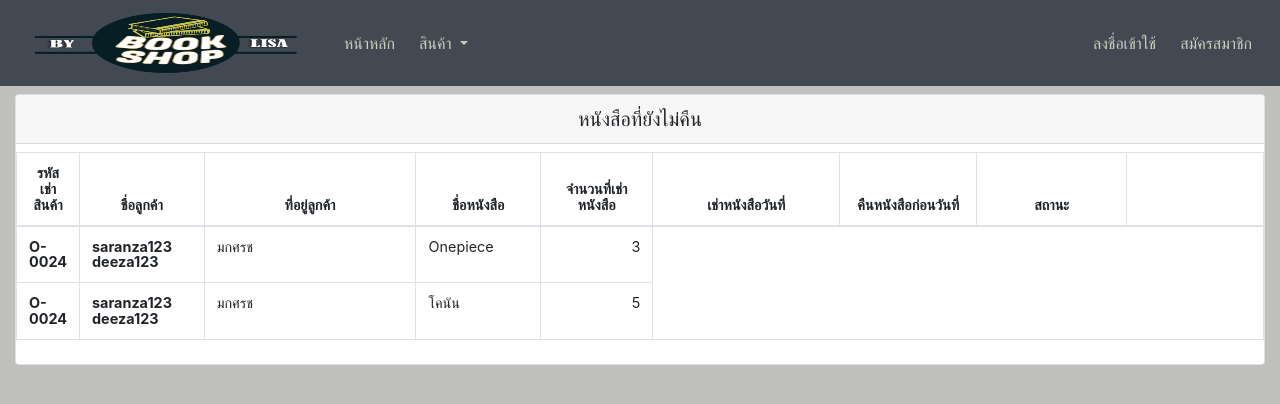
Repository: peawza/shopbook
Page: http://localhost/returnproduct.php?Order_id=24
An editor plug-in stored every save of this project. The page is shown before and after the next save, followed by the edit.
The browser window is 1280 px wide. The pictures show the whole page.
The page is run by PHP 8.4 with error messages shown; the project is at /var/www/html/. The database holds what the project's SQL file puts in it.

Above is the page before, as saved 2020-10-01 11:14:56.

After the next save:
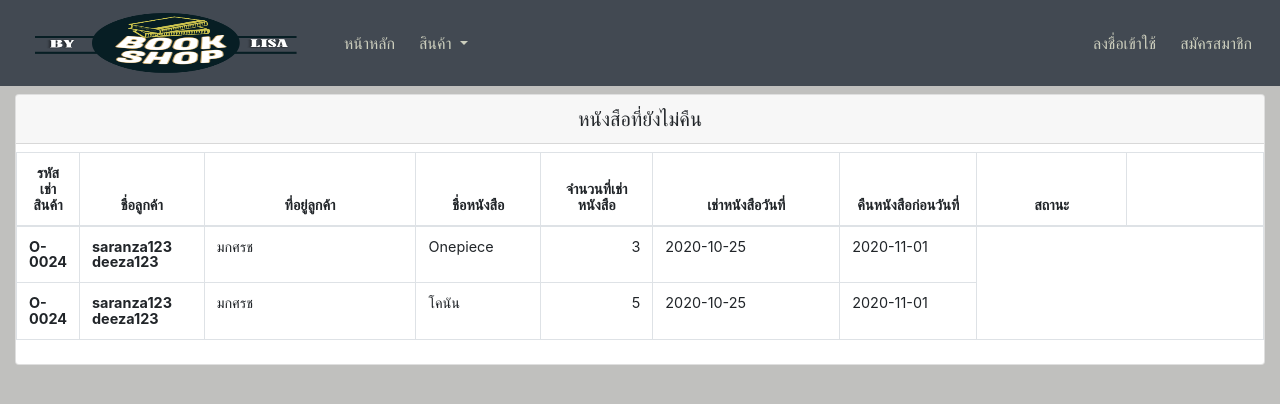
Saved 53 s later.
--- a/returnproduct.php
+++ b/returnproduct.php
@@ -128,7 +128,8 @@
                             <td><?php echo $rowproduct["Order_addressuser"]  ?></td>
                             <td><?php echo $rowproduct["Product_Name"]  ?></td>
                             <td class="text-right"><?php echo $rowproduct["orderrent_amount"]  ?> </td>
-
+                            <td><?php echo $rowproduct["orderrent_rentdate"]  ?></td>
+                            <td><?php echo $rowproduct["orderrent_returndate"]  ?></td>
                         </tr>
 
 
